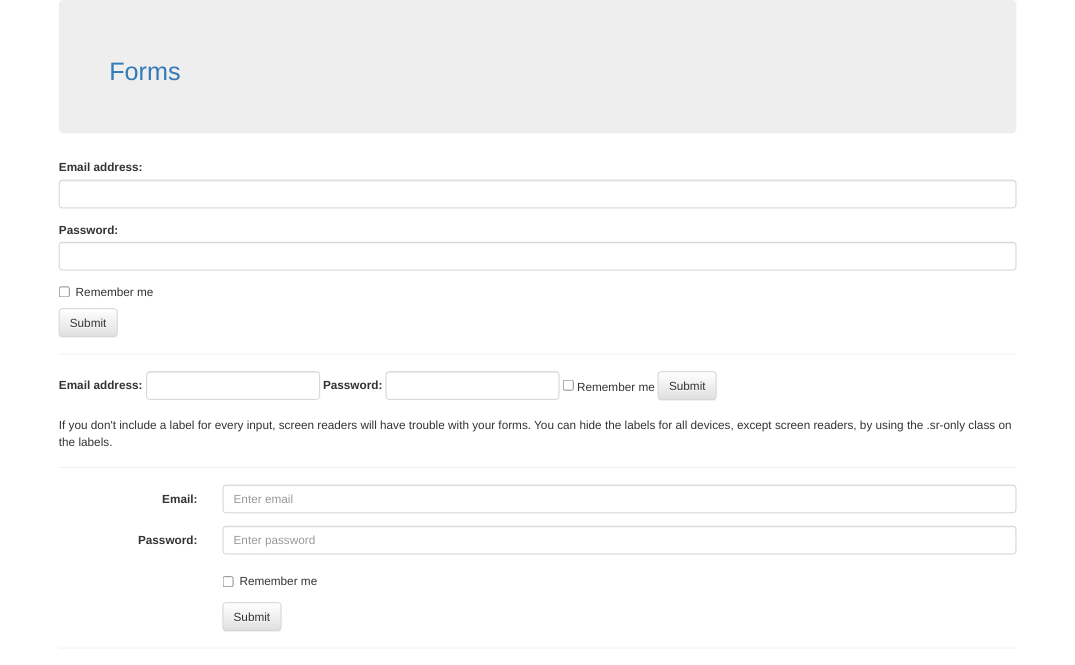
Repository: jksfoTemp/html-css-js
Page: -HTML5/bootstrap/forms.html
The author's editor kept a record of every edit. The page is drawn from the files as they stood at one moment, then again after the next edit.
The browser window is 1280 px wide. The pictures show the whole page, at 84% of full size.
Some web libraries are served in a nearby version.

Above is the page before.

### -HTML5/bootstrap/forms.html
<!DOCTYPE html>
<html lang="en">

<head>
    <title>Bootstrap - Forms</title>
    <meta charset="utf-8">
    <meta name="viewport" content="width=device-width, initial-scale=1">

    <!-- <link rel="stylesheet" href="http://reset5.googlecode.com/hg/reset.min.css"> -->

    <!-- Latest compiled and minified CSS -->
    <link rel="stylesheet" href="https://maxcdn.bootstrapcdn.com/bootstrap/3.3.2/css/bootstrap.min.css">

    <!-- Optional theme -->
    <link rel="stylesheet" href="https://maxcdn.bootstrapcdn.com/bootstrap/3.3.2/css/bootstrap-theme.min.css">

    <script src="https://code.jquery.com/jquery-2.1.3.min.js"></script>

    <!-- Latest compiled and minified JavaScript -->
    <script src="https://maxcdn.bootstrapcdn.com/bootstrap/3.3.2/js/bootstrap.min.js">
    </script>

</head>

<body>
    <div class="container">
        <div class="jumbotron ">
            <h2><a href="http://www.w3schools.com/bootstrap/bootstrap_forms.asp">Forms</a></h2>
        </div>

        <form role="form">
            <div class="form-group">
                <label for="email0">Email address:</label>
                <input type="email" class="form-control" id="email0">
            </div>
            <div class="form-group">
                <label for="pwd0">Password:</label>
                <input type="password" class="form-control" id="pwd0">
            </div>
            <div class="checkbox">
                <label>
                    <input type="checkbox"> Remember me</label>
            </div>
            <button type="submit" class="btn btn-default">Submit</button>
        </form>

        <hr />
        <form class="form-inline" role="form">
            <div class="form-group">
                <label for="email1">Email address:</label>
                <input type="email" class="form-control" id="email1">
            </div>
            <div class="form-group">
                <label for="pwd1">Password:</label>
                <input type="password" class="form-control" id="pwd1">
            </div>
            <div class="checkbox">
                <label>
                    <input type="checkbox"> Remember me</label>
            </div>
            <button type="submit" class="btn btn-default">Submit</button>
        </form>
        <br /> If you don't include a label for every input, screen readers will have trouble with your forms. You can hide the labels for all devices, except screen readers, by using the .sr-only class on the labels.

        <hr />

        <form class="form-horizontal" role="form">
            <div class="form-group">
                <label class="control-label col-sm-2" for="email2">Email:</label>
                <div class="col-sm-10">
                    <input type="email" class="form-control" id="email2" placeholder="Enter email">
                </div>
            </div>
            <div class="form-group">
                <label class="control-label col-sm-2" for="pwd2">Password:</label>
                <div class="col-sm-10">
                    <input type="password" class="form-control" id="pwd2" placeholder="Enter password">
                </div>
            </div>
            <div class="form-group">
                <div class="col-sm-offset-2 col-sm-10">
                    <div class="checkbox">
                        <label>
                            <input type="checkbox"> Remember me</label>
                    </div>
                </div>
            </div>
            <div class="form-group">
                <div class="col-sm-offset-2 col-sm-10">
                    <button type="submit" class="btn btn-default">Submit</button>
                </div>
            </div>
        </form>

        <hr />

    </div>

</body>

</html>

After the next edit:
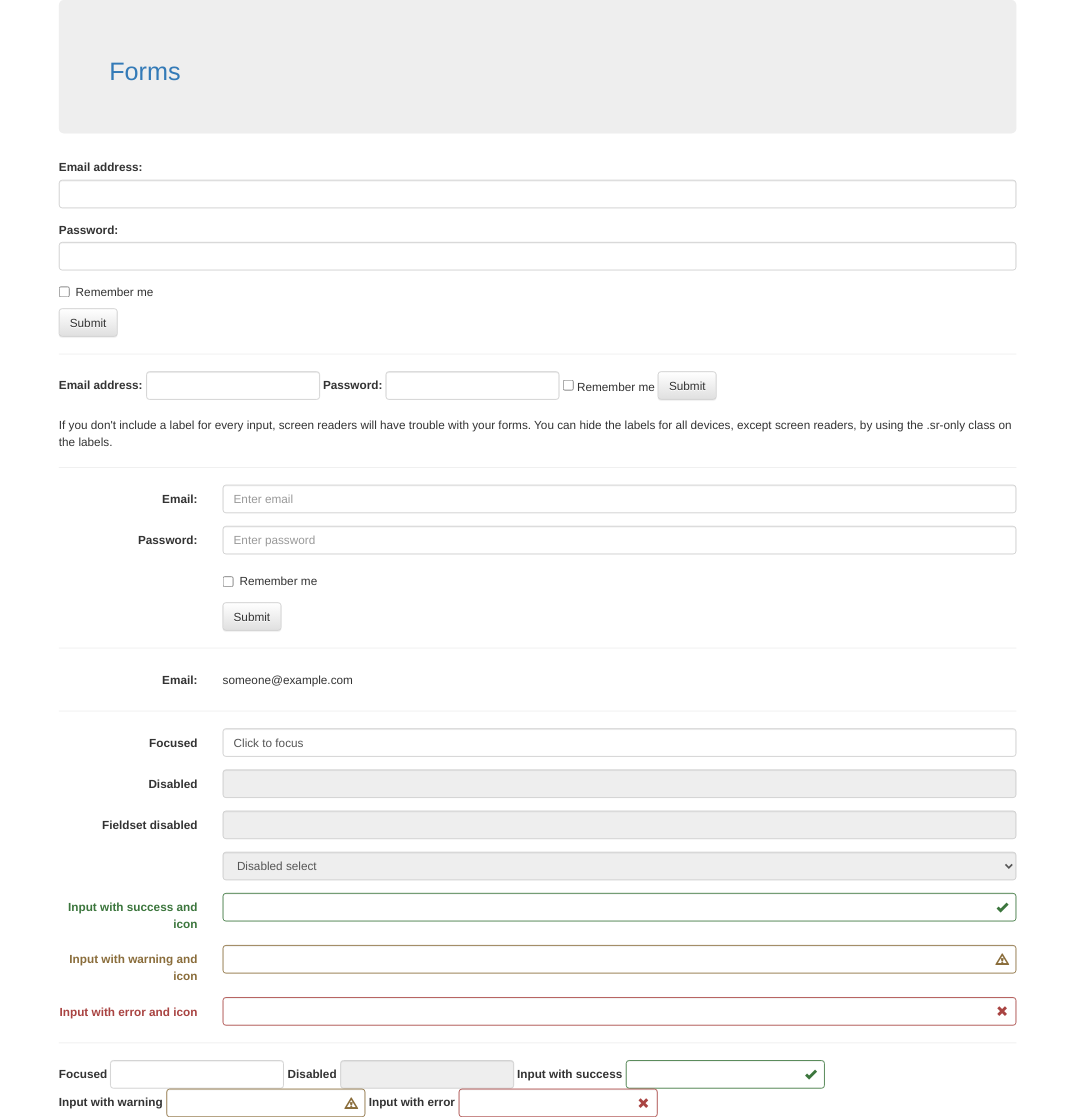
The edit:
--- a/-HTML5/bootstrap/forms.html
+++ b/-HTML5/bootstrap/forms.html
@@ -94,6 +94,97 @@
 
         <hr />
 
+        <form class="form-horizontal" role="form">
+            <div class="form-group">
+                <label class="control-label col-sm-2" for="email0">Email:</label>
+                <div class="col-sm-10">
+                    <p class="form-control-static">someone@example.com</p>
+                </div>
+            </div>
+        </form>
+
+        <hr />
+
+        <form class="form-horizontal" role="form">
+            <div class="form-group">
+                <label class="col-sm-2 control-label">Focused</label>
+                <div class="col-sm-10">
+                    <input class="form-control" id="focusedInput" type="text" value="Click to focus">
+                </div>
+            </div>
+            <div class="form-group">
+                <label for="inputPassword" class="col-sm-2 control-label">Disabled</label>
+                <div class="col-sm-10">
+                    <input class="form-control" id="disabledInput" type="text" disabled>
+                </div>
+            </div>
+            <fieldset disabled>
+                <div class="form-group">
+                    <label for="disabledTextInput" class="col-sm-2 control-label">Fieldset disabled</label>
+                    <div class="col-sm-10">
+                        <input type="text" id="disabledTextInput" class="form-control">
+                    </div>
+                </div>
+                <div class="form-group">
+                    <label for="disabledSelect" class="col-sm-2 control-label"></label>
+                    <div class="col-sm-10">
+                        <select id="disabledSelect" class="form-control">
+                            <option>Disabled select</option>
+                        </select>
+                    </div>
+                </div>
+            </fieldset>
+            <div class="form-group has-success has-feedback">
+                <label class="col-sm-2 control-label" for="inputSuccess">
+                    Input with success and icon</label>
+                <div class="col-sm-10">
+                    <input type="text" class="form-control" id="inputSuccess">
+                    <span class="glyphicon glyphicon-ok form-control-feedback"></span>
+                </div>
+            </div>
+            <div class="form-group has-warning has-feedback">
+                <label class="col-sm-2 control-label" for="inputWarning">
+                    Input with warning and icon</label>
+                <div class="col-sm-10">
+                    <input type="text" class="form-control" id="inputWarning">
+                    <span class="glyphicon glyphicon-warning-sign form-control-feedback"></span>
+                </div>
+            </div>
+            <div class="form-group has-error has-feedback">
+                <label class="col-sm-2 control-label" for="inputError">
+                    Input with error and icon</label>
+                <div class="col-sm-10">
+                    <input type="text" class="form-control" id="inputError">
+                    <span class="glyphicon glyphicon-remove form-control-feedback"></span>
+                </div>
+            </div>
+        </form>
+        <hr />
+        <form class="form-inline" role="form">
+            <div class="form-group">
+                <label for="focusedInput">Focused</label>
+                <input class="form-control" id="focusedInput" type="text">
+            </div>
+            <div class="form-group">
+                <label for="inputPassword">Disabled</label>
+                <input class="form-control" id="disabledInput" type="text" disabled>
+            </div>
+            <div class="form-group has-success has-feedback">
+                <label for="inputSuccess2">Input with success</label>
+                <input type="text" class="form-control" id="inputSuccess2">
+                <span class="glyphicon glyphicon-ok form-control-feedback"></span>
+            </div>
+            <div class="form-group has-warning has-feedback">
+                <label for="inputWarning2">Input with warning</label>
+                <input type="text" class="form-control" id="inputWarning2">
+                <span class="glyphicon glyphicon-warning-sign form-control-feedback"></span>
+            </div>
+            <div class="form-group has-error has-feedback">
+                <label for="inputError2">Input with error</label>
+                <input type="text" class="form-control" id="inputError2">
+                <span class="glyphicon glyphicon-remove form-control-feedback"></span>
+            </div>
+        </form>
     </div>
 
 </body>
